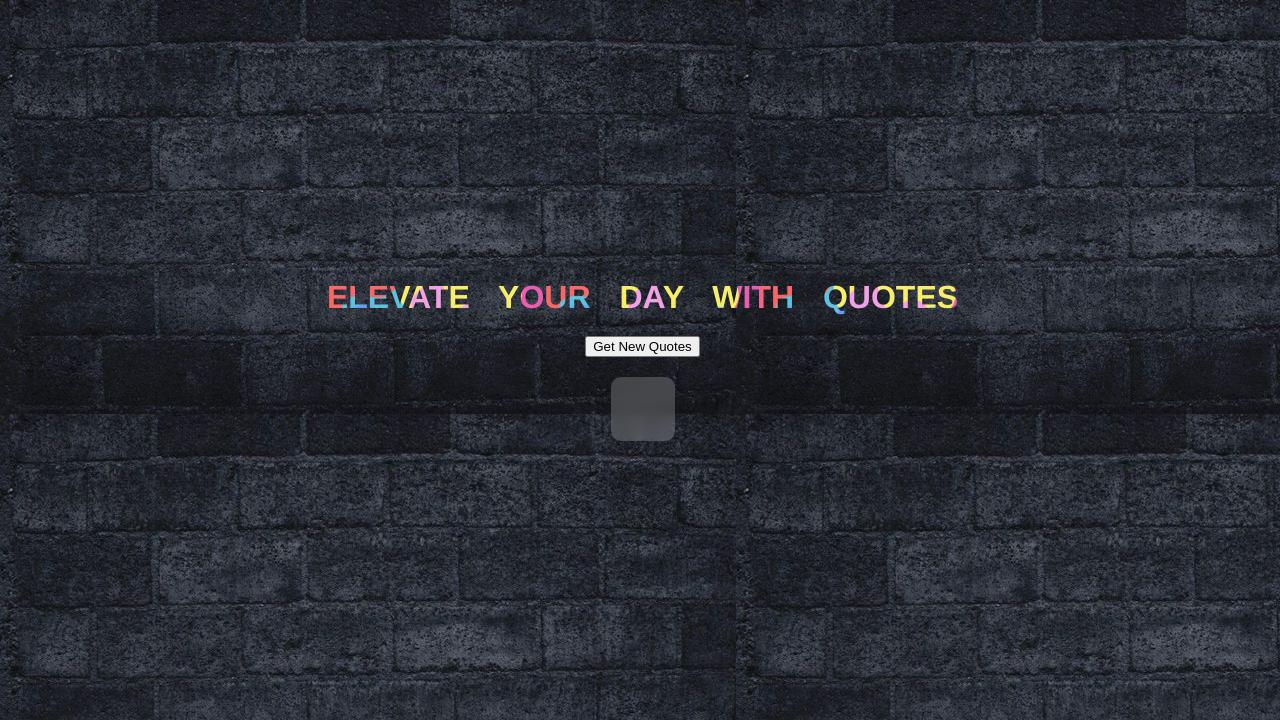
Repository: Bhavik-Sanghar/Quote-app
Page: /
The author's editor kept a copy of each file at every save. The page is drawn from the files as they stood at one save, then again after the next save.
The browser window is 1280 px wide. The pictures show the whole page.
The page's requests for data from a server got no answer. The project was rebuilt for these pictures with package versions that can differ from the ones it lists, and the page was loaded fresh each time. No one was signed in, and anything a server would have sent is missing. Also part of the build but not shown: src/styles.css.

Above is the page before, as saved 2023-08-18 15:38:42.

After the next save:
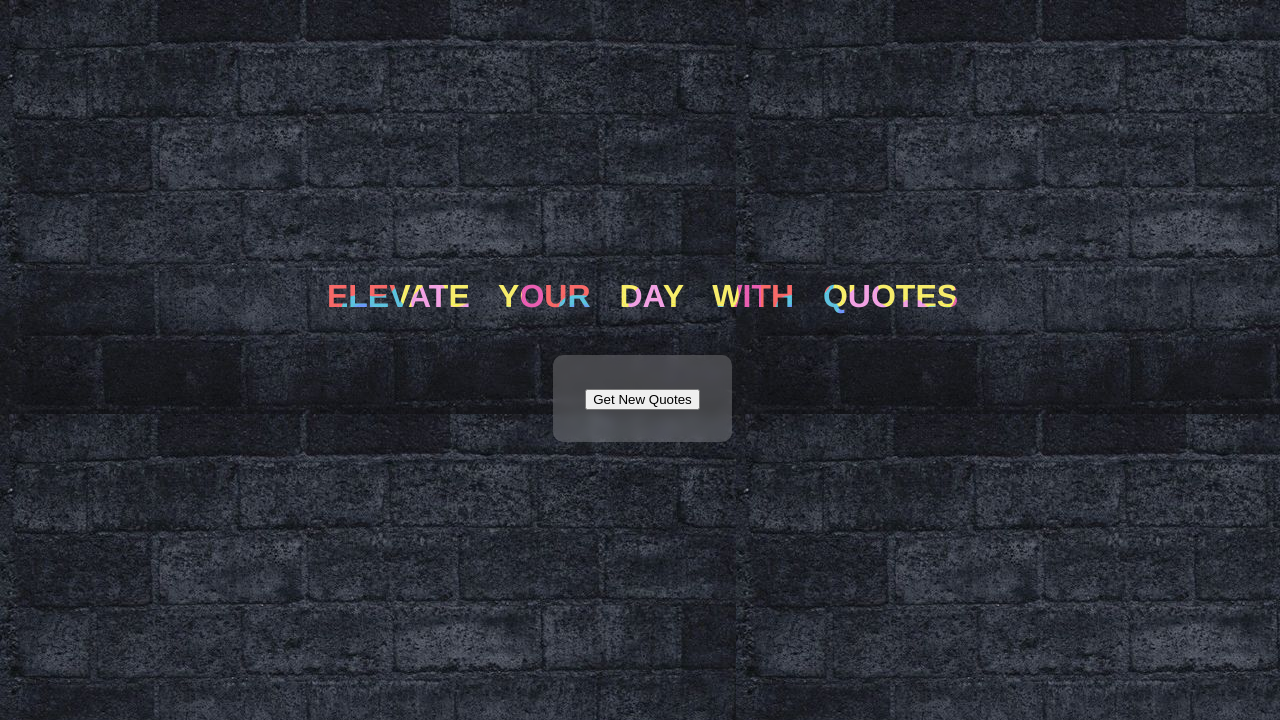
Saved 30 s later.
--- a/src/components/NewQuote.js
+++ b/src/components/NewQuote.js
@@ -32,9 +32,6 @@ const QuoteComponent = () => {
   return (
     <div className="quote-container">
       <h1>Elevate Your Day with Quotes</h1>
-      <button className="fetch-button" onClick={handleFetchNewQuotes}>
-        Get New Quotes
-      </button>
       <div className="card-container">
         {quotes.map((quote, index) => (
           <div key={index} className="card">
@@ -42,6 +39,9 @@ const QuoteComponent = () => {
             <p className="author">- {quote.author}</p>
           </div>
         ))}
+              <button className="fetch-button" onClick={handleFetchNewQuotes}>
+        Get New Quotes
+      </button>
       </div>
     </div>
   );
